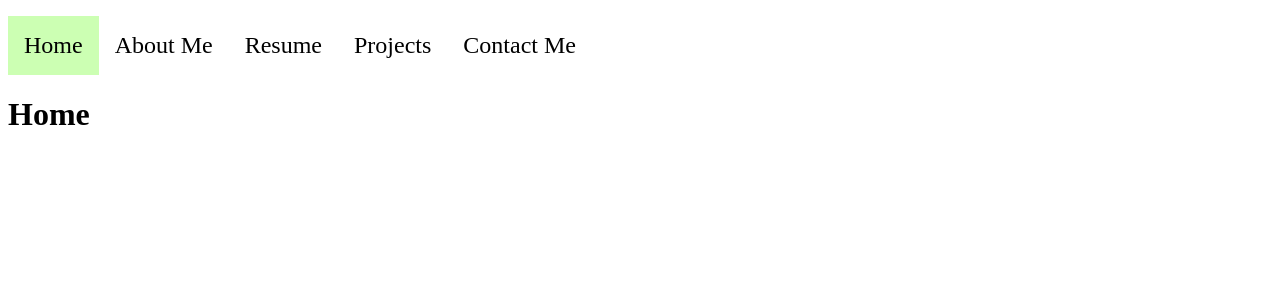
Repository: meganclapinski/meganclapinski.github.io
Page: index.html
The author's editor kept a record of every edit. The page is drawn from the files as they stood at one moment, then again after the next edit.
The browser window is 1280 px wide. The pictures show the whole page.

Above is the page before.

After the next edit:
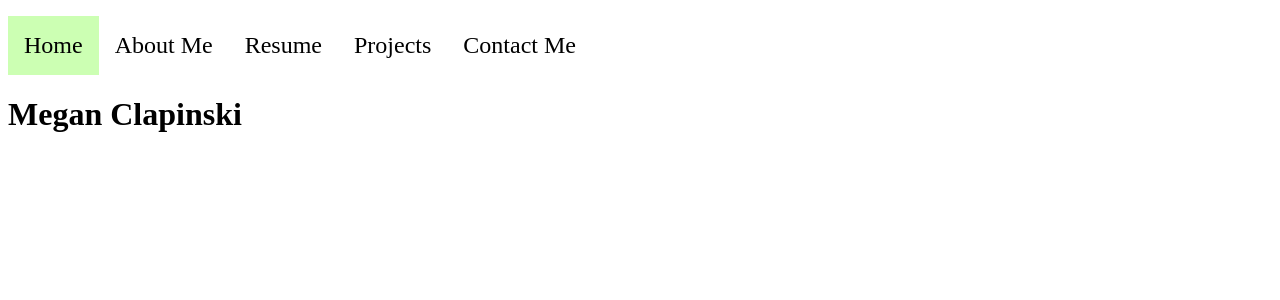
The edit:
--- a/index.html
+++ b/index.html
@@ -26,7 +26,13 @@
              <li class="name" Megan Clapinski</li>
         </ul>
 
-        <h1>Home</h1>
+        <h1>Megan Clapinski</h1>
+
+        <table>
+        <tr>
+            <th <img src="https://render.namemc.com/skin/3d/body.png?skin=5477de88b92ad0bf&model=classic&width=200&height=400">
+            <th <img src="https://static.planetminecraft.com/files/resource_media/screenshot/1151/minecraft-pig_1083121.jpg">
+
 
    </body>
 </html>
